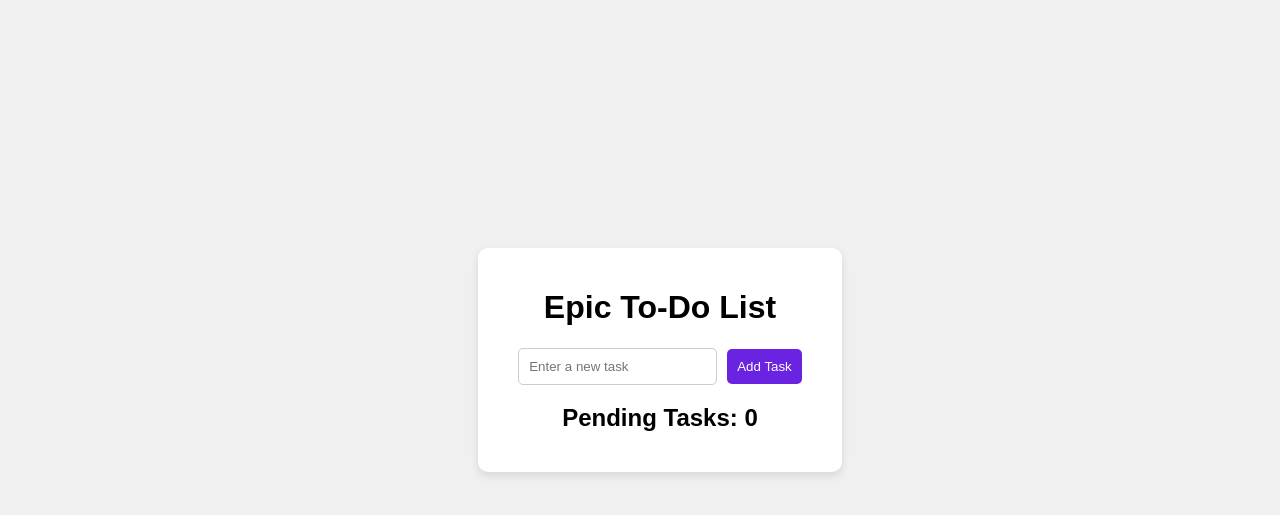
Repository: jgache/COMP-3170-0-Lab4
Page: /
These files come from the project's save history. The page is drawn as it stood at one moment and after a run of saves; the edit follows.
The browser window is 1280 px wide. The pictures show the whole page.
The project was rebuilt for these pictures with package versions that can differ from the ones it lists, and the page was loaded fresh each time. Also part of the build but not shown: vite.config.js, src/components/Task.jsx.

Above is the page before, as saved 2024-10-22 16:02:02.

### index.html
<!doctype html>
<html lang="en">
  <head>
    <meta charset="UTF-8" />
    <link rel="icon" type="image/svg+xml" href="/vite.svg" />
    <meta name="viewport" content="width=device-width, initial-scale=1.0" />
    <title>Epic To-Do List</title>
  </head>
  <body>
    <div id="root"></div>
    <script type="module" src="/src/main.jsx"></script>
  </body>
</html>

### src/App.jsx
import { useState } from 'react';
import TaskForm from './components/TaskForm.jsx';
import TaskList from './components/TaskList.jsx';
import './index.css';

function App() {
    const [tasks, setTasks] = useState([]);

    const addTask = (description) => {
        const newTask = { id: Date.now(), description, completed: false };
        setTasks((prevTasks) => [...prevTasks, newTask]);
    };

    const toggleComplete = (taskId) => {
        setTasks((prevTasks) =>
            prevTasks.map((task) =>
                task.id === taskId ? { ...task, completed: !task.completed } : task
            )
        );
    };

    const deleteTask = (taskId) => {
        setTasks((prevTasks) => prevTasks.filter((task) => task.id !== taskId));
    };

    const pendingTasks = tasks.filter((task) => !task.completed).length;

    return (

        <>
        <div className="app-container">
        <h1>Epic To-Do List</h1>

            <TaskForm addTask={addTask} />
            <h2>
                {pendingTasks === 1
                    ? `Pending Task: ${pendingTasks}`
                    : `Pending Tasks: ${pendingTasks}`}
            </h2>
            <TaskList tasks={tasks} toggleComplete={toggleComplete} deleteTask={deleteTask} />
        </div>
        </>

    );
}

export default App;

### src/index.css



body {
    margin: 0;
    height: 100vh;
    display: flex;
    justify-content: center;
    align-items: center;
    font-family: Arial, sans-serif;
    background-color: #f0f0f0;
}

.app-container {
    text-align: center;
    padding: 20px;
    background-color: white;
    border-radius: 10px;
    box-shadow: 0 4px 8px rgba(0, 0, 0, 0.1);
    max-width: 400px;
    width: 100%;
}

form input {
    padding: 10px;
    margin-right: 10px;
    border: 1px solid #ccc;
    border-radius: 5px;
}

form button {
    padding: 10px;
    border: none;
    background-color: #6923e1;
    color: white;
    border-radius: 5px;
    cursor: pointer;
}

form button:hover {
    background-color: #8600b3;
}

.task {
    margin: 10px 0;
    padding: 10px;
    background-color: #f9f9f9;
    border-radius: 5px;
    display: flex;
    justify-content: space-between;
    align-items: center;
    box-shadow: 0 2px 4px rgba(0, 0, 0, 0.1);
}

.task input {
    margin-right: 10px;
}

.task button {
    text-decoration: none;
    padding: 5px 10px;
    border: none;
    background-color: red;
    color: white;
    border-radius: 5px;
    cursor: pointer;
}

.task button:hover {
    background-color: darkred;
}

### src/components/TaskForm.jsx
import { useState } from 'react';


function TaskForm({ addTask }) {
    const [taskDescription, setTaskDescription] = useState('');

    const handleSubmit = (e) => {
        e.preventDefault();
        if (taskDescription.trim() === '') return;
        addTask(taskDescription);
        setTaskDescription('');
    };

    return (
        <form onSubmit={handleSubmit}>
            <input
                type="text"
                value={taskDescription}
                onChange={(e) => setTaskDescription(e.target.value)}
                placeholder="Enter a new task"
            />
            <button type="submit">Add Task</button>
        </form>
    );
}

export default TaskForm;

### src/components/TaskList.jsx
import Task from "./Task";

function TaskList({ tasks, toggleComplete, deleteTask }) {
    return (
        <div className="task-list">
            {tasks.map((task) => (
                <Task
                    key={task.id}
                    task={task}
                    toggleComplete={toggleComplete}
                    deleteTask={deleteTask}
                />
            ))}
        </div>
    );
}

export default TaskList;

Loaded but not shown: src/main.jsx (common file)

After the next 3 saves:
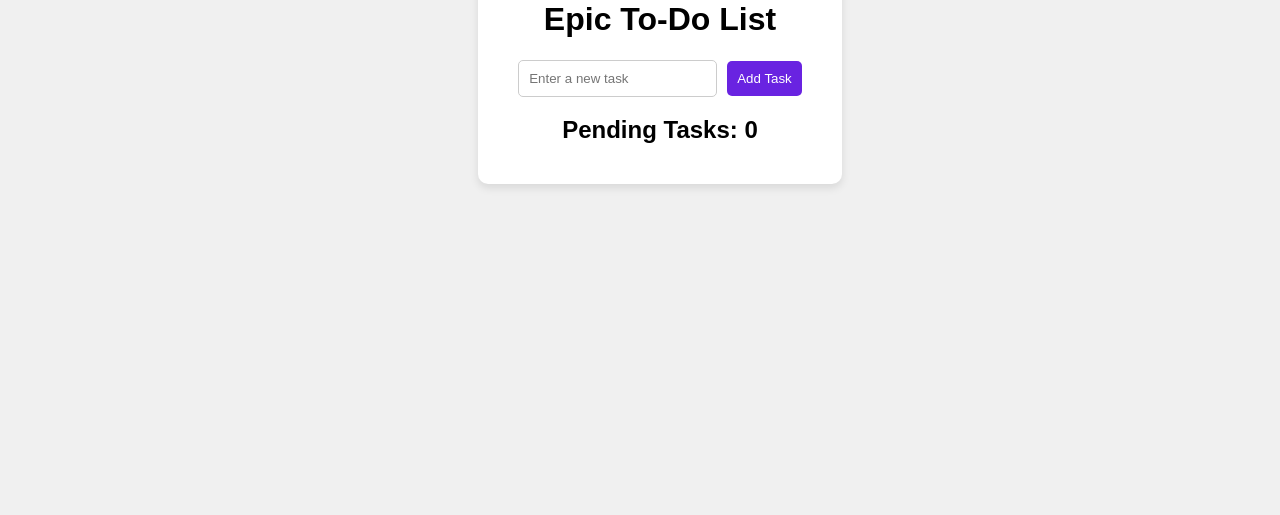
The 3 saves are shown as one change because they came seconds apart.
The last was saved 12 s later.
--- a/src/index.css
+++ b/src/index.css
@@ -3,7 +3,7 @@
 
 body {
     margin: 0;
-    height: 100vh;
+    height: 20vh;
     display: flex;
     justify-content: center;
     align-items: center;
